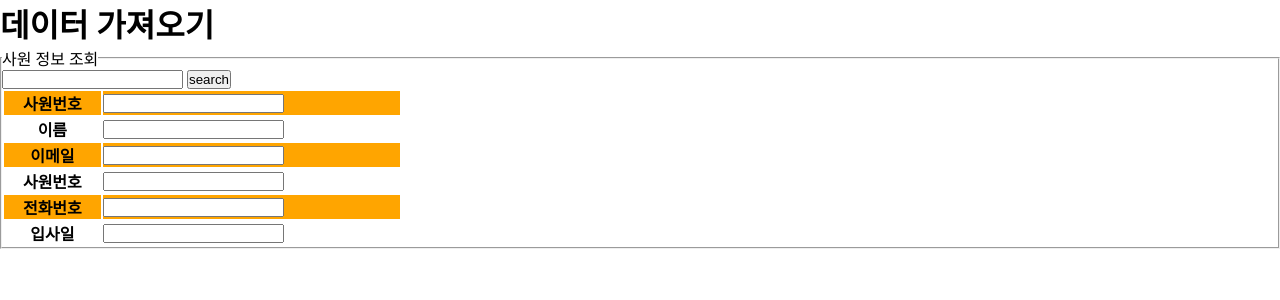
Repository: lafayetteey/WorkSpace
Page: workspace_jq_Ajax/UI_JQ_Ajax/WebContent/jq21_ajax.html
The author's editor kept a copy of each file at every save. The page is drawn from the files as they stood at one save, then again after the next save.
The browser window is 1280 px wide. The pictures show the whole page.

Above is the page before, as saved 2020-06-22 08:13:10.

### workspace_jq_Ajax/UI_JQ_Ajax/WebContent/jq21_ajax.html
<!DOCTYPE html>
<html>
<head>
<meta charset="UTF-8">
<title>Insert title here</title>
	<style type="text/css">
		*{
			margin : 0px;
			padding: 0px;
		}
		table{width : 400px;}
		table tr:nth-child(odd){background-color : orange;}
	</style>
</head>
<body>
	<h1>데이터 가져오기</h1>

	<fieldset>
		<legend>	사원 정보 조회 </legend>
		<input type="text" name="empid">
		<input type="button"  id="emp_search" value="search">
		<table>
			<tr>
				<th>사원번호</th>
				<td><input type="text" name="empNum"></td>
			</tr>
			<tr>
				<th>이름</th>
				<td><input type="text" name="empNum"></td>
			</tr>
			<tr>
				<th>이메일</th>
				<td><input type="text" name="empNum"></td>
			</tr>
			<tr>
				<th>사원번호</th>
				<td><input type="text" name="empNum"></td>
			</tr>
			<tr>
				<th>전화번호</th>
				<td><input type="text" name="empNum"></td>
			</tr>
			<tr>
				<th>입사일</th>
				<td><input type="text" name="empNum"></td>
			</tr>
		</table>
	</fieldset>
</body>
</html>

After the next save:
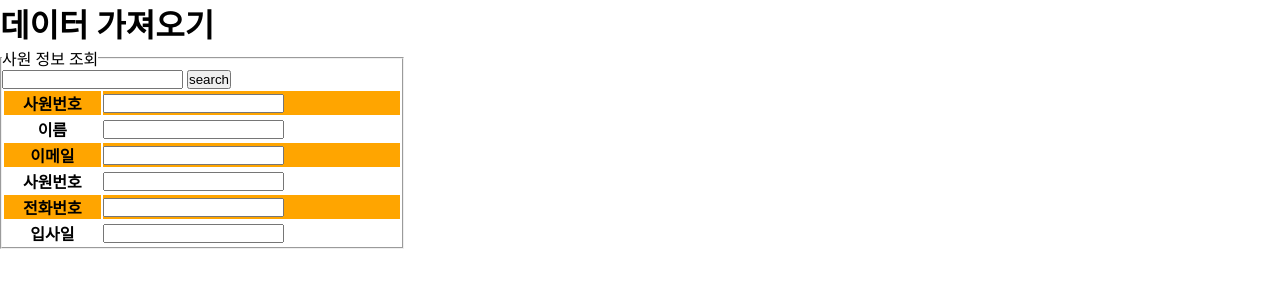
Saved 27 s later.
--- a/workspace_jq_Ajax/UI_JQ_Ajax/WebContent/jq21_ajax.html
+++ b/workspace_jq_Ajax/UI_JQ_Ajax/WebContent/jq21_ajax.html
@@ -10,6 +10,7 @@
 		}
 		table{width : 400px;}
 		table tr:nth-child(odd){background-color : orange;}
+		fieldset{width: 400px;}
 	</style>
 </head>
 <body>
